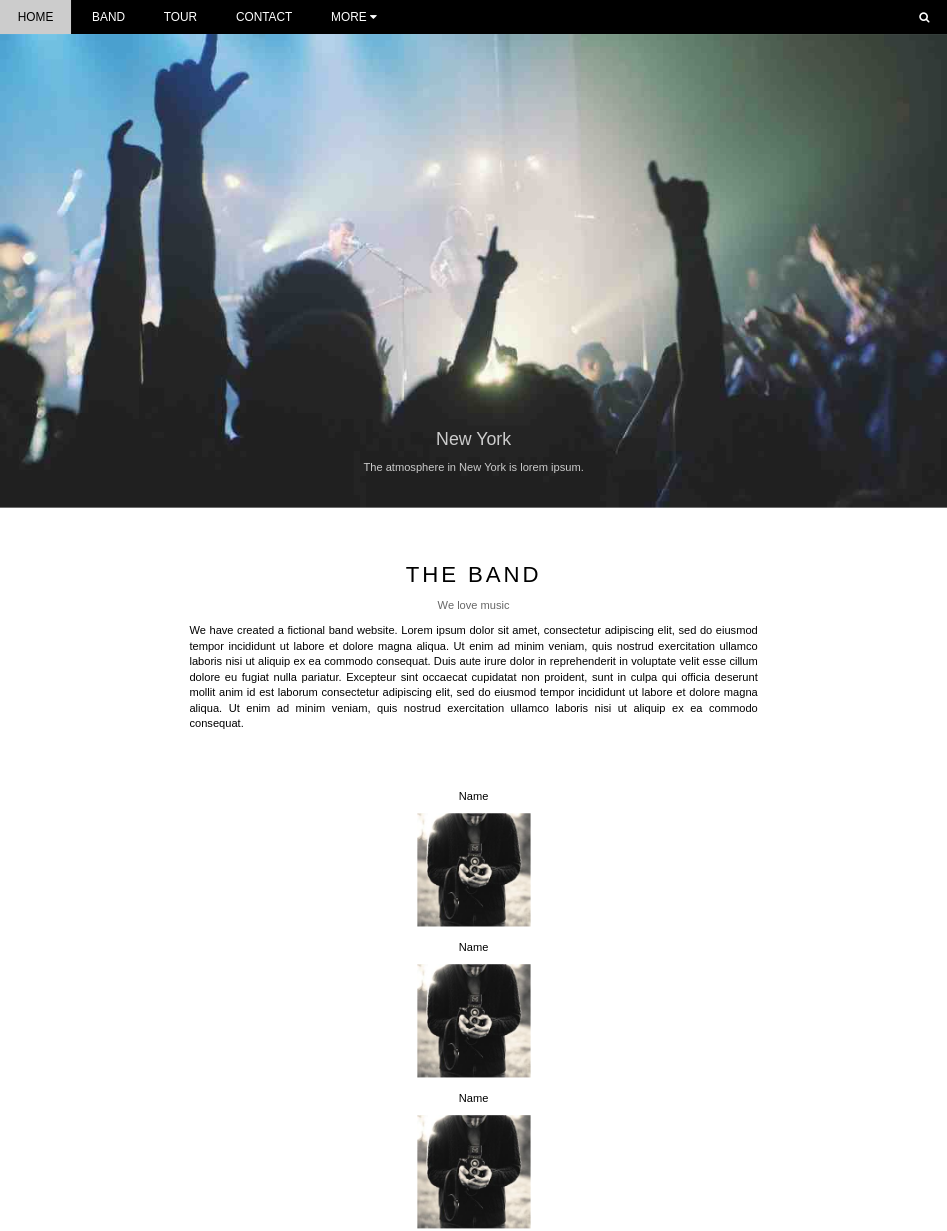
Repository: nguyenhoang2002062929/band
Page: index.html
The author's editor kept a copy of each file at every save. The page is drawn from the files as they stood at one save, then again after the next save.
The browser window is 1280 px wide. The pictures show the whole page, at 74% of full size.

Above is the page before, as saved 2023-06-04 15:21:10.

After the next save:
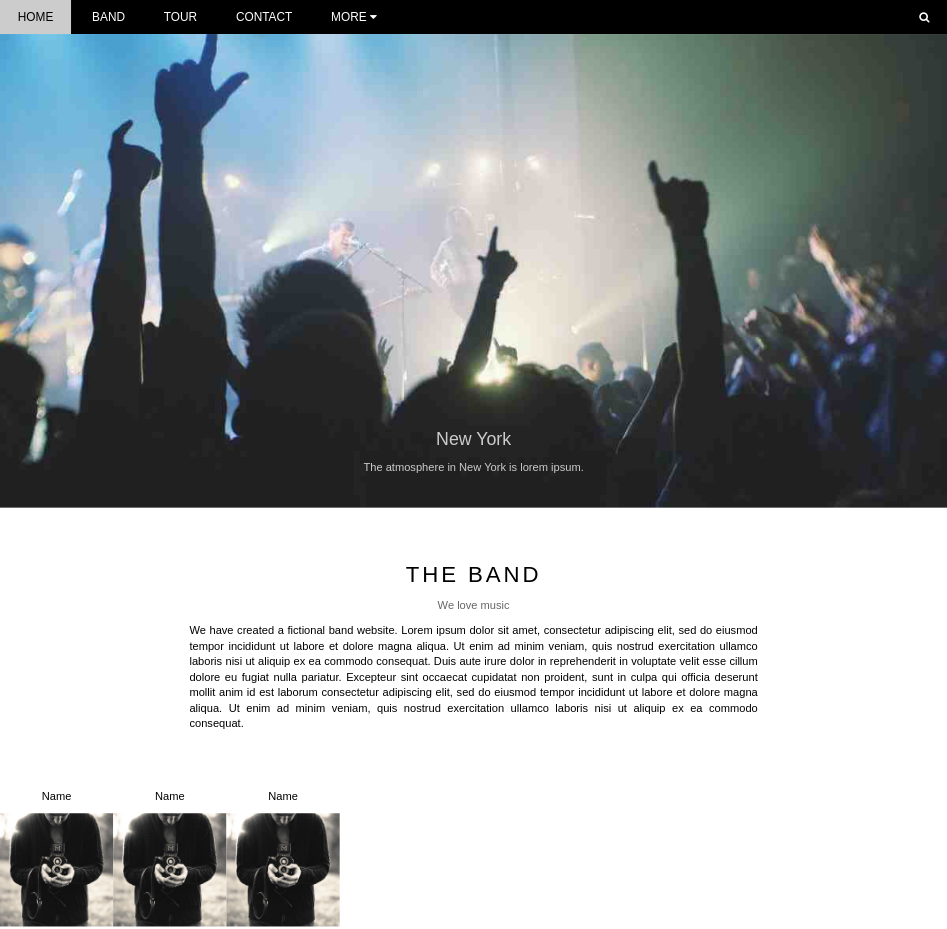
Saved 6 s later.
--- a/assets/css/style.css
+++ b/assets/css/style.css
@@ -132,6 +132,6 @@ cursor: pointer;
 }
 .content-member .member1,
 .content-member .member2,
-.content-member .member3,{
+.content-member .member3{
     float: left;
 }
